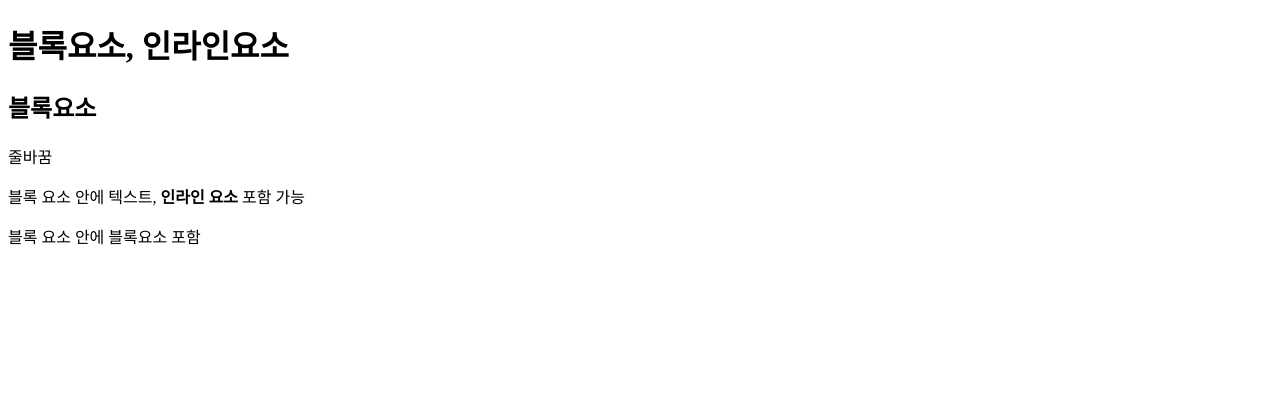
Repository: RUCKUSJERRY/PracticeOfUI
Page: UI01_HTML/WebContent/html01-block-inline.html
An editor plug-in stored every save of this project. The page is shown before and after the next save, followed by the edit.
The browser window is 1280 px wide. The pictures show the whole page.

Above is the page before, as saved 2021-01-14 03:23:48.

### UI01_HTML/WebContent/html01-block-inline.html
<!DOCTYPE html>
<html>
<head>
<meta charset="UTF-8">
<title>Insert title here</title>
</head>
<body>

	<h1>블록요소, 인라인요소</h1>

	<h2>블록요소</h2>
	<p>줄바꿈</p>
	<div>
		블록 요소 안에 텍스트, <strong> 인라인 요소</strong> 포함 가능
		<p> 블록 요소 안에 블록요소 포함 </p>
	</div>

</body>
</html>

After the next save:
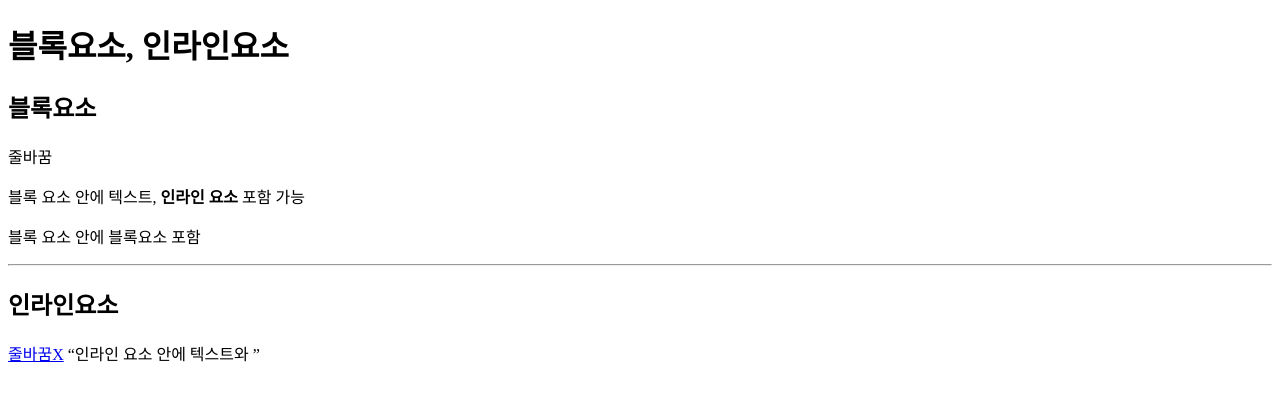
Saved 45 s later.
--- a/UI01_HTML/WebContent/html01-block-inline.html
+++ b/UI01_HTML/WebContent/html01-block-inline.html
@@ -15,5 +15,10 @@
 		<p> 블록 요소 안에 블록요소 포함 </p>
 	</div>
 
+	<hr/>
+
+	<h2>인라인요소</h2>
+	<a href="http://www.naver.com">줄바꿈X</a>
+	<q>인라인 요소 안에 텍스트와 <a></a></q>
 </body>
 </html>
